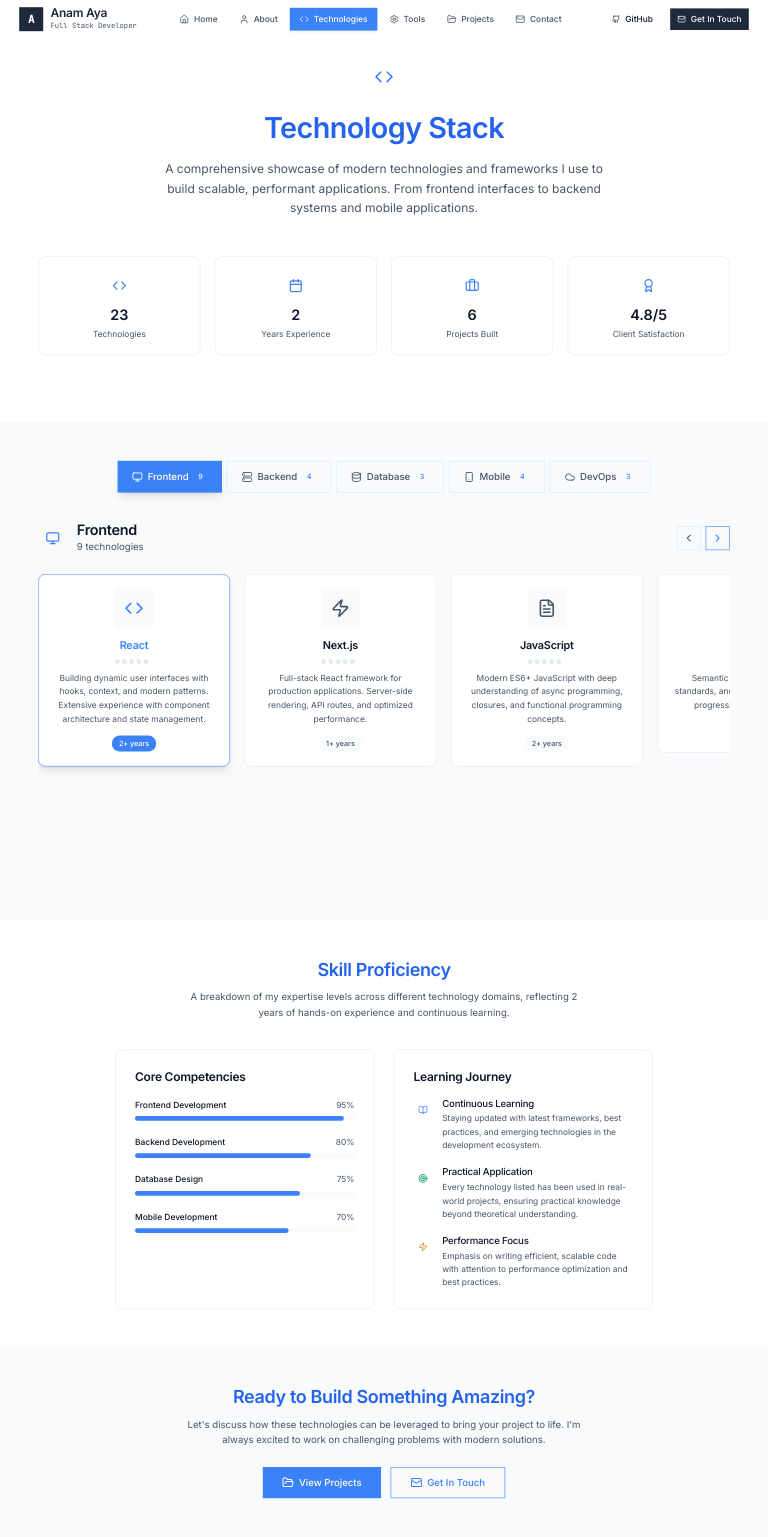
Repository: ayaaas/portflio_aya
Page: /technologies-interactive-stack-showcase
These files come from the project's save history. The page is drawn as it stood at one moment and after the next save; the edit follows.
The browser window is 1280 px wide. The pictures show the whole page, at 60% of full size.
The project was rebuilt for these pictures with package versions that can differ from the ones it lists, and the page was loaded fresh each time. Also part of the build but not shown: vite.config.mjs, src/components/ErrorBoundary.jsx, src/components/AppImage.jsx, src/pages/hero-section-developer-portfolio/components/ProfileImage.jsx, src/pages/hero-section-developer-portfolio/components/AnimatedText.jsx, src/pages/hero-section-developer-portfolio/components/HeroContent.jsx, src/pages/hero-section-developer-portfolio/components/BackgroundPattern.jsx, src/pages/hero-section-developer-portfolio/components/ScrollIndicator.jsx and 23 more.

Above is the page before, as saved 2025-07-18 23:42:13.

After the next save:
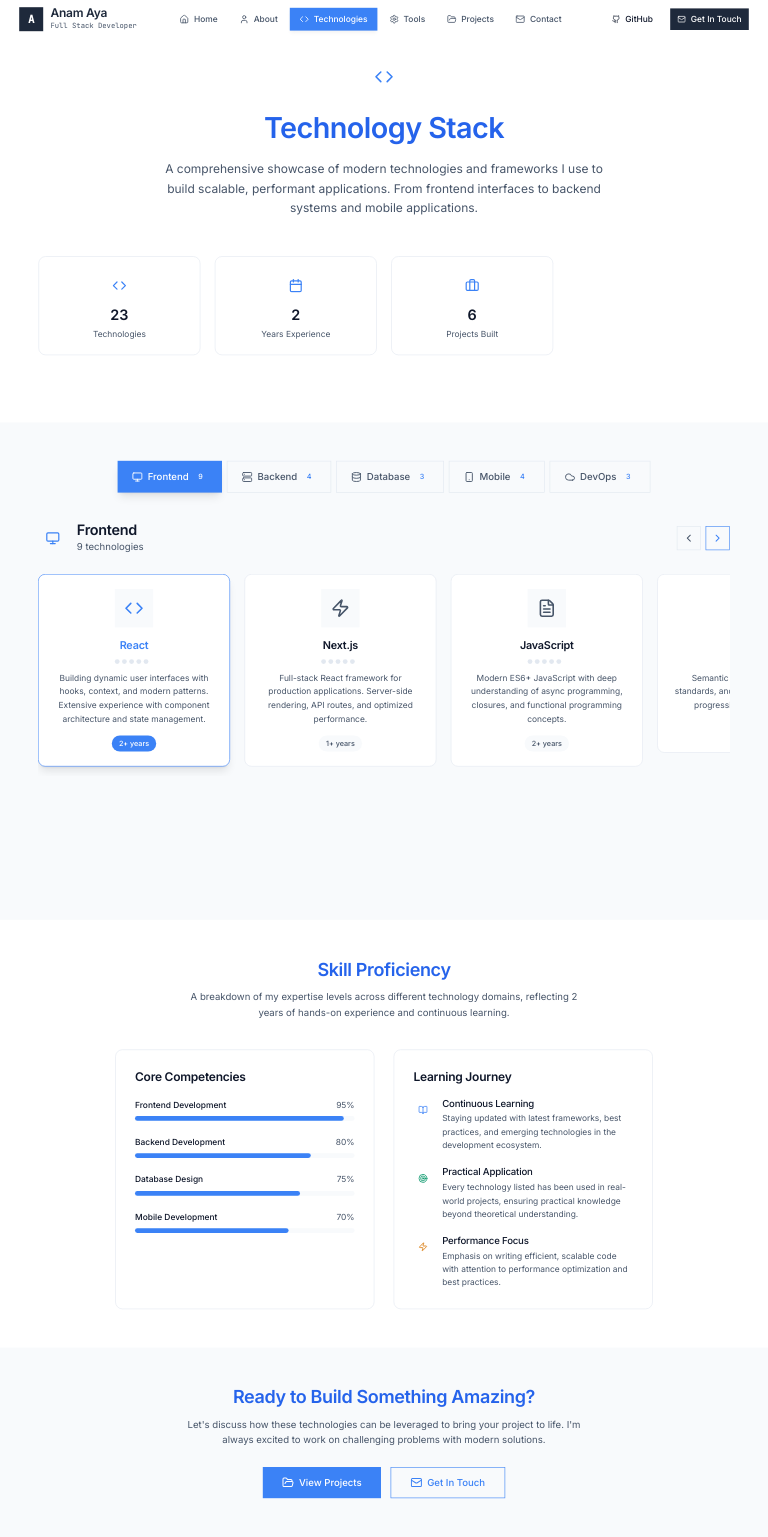
Saved 3 min 1 s later.
--- a/src/pages/technologies-interactive-stack-showcase/index.jsx
+++ b/src/pages/technologies-interactive-stack-showcase/index.jsx
@@ -200,7 +200,6 @@ const TechnologiesInteractiveStackShowcase = () => {
     { icon: 'Code', value: '23', label: 'Technologies' },
     { icon: 'Calendar', value: '2', label: 'Years Experience' },
     { icon: 'Briefcase', value: '6', label: 'Projects Built' },
-    { icon: 'Award', value: '4.8/5', label: 'Client Satisfaction' }
   ];
 
   // Updated skill progress
